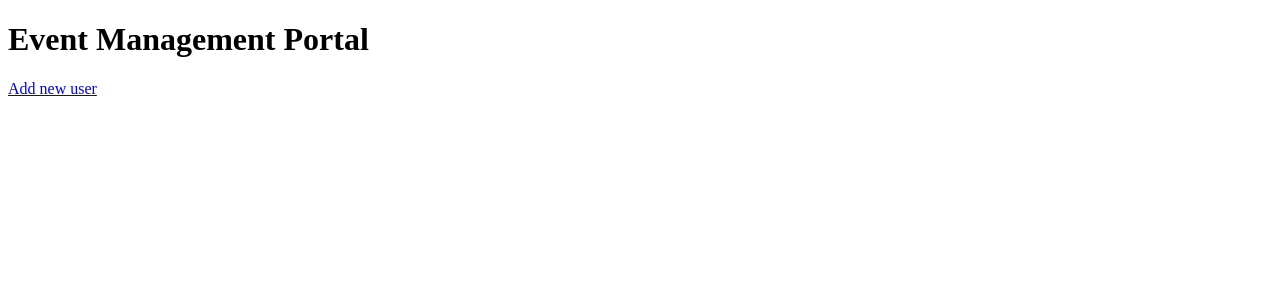
Repository: aradhyakasat/training_projects
Page: http://localhost/event_management/
These files come from the project's save history. The page is drawn as it stood at one moment and after the next save; the edit follows.
The browser window is 1280 px wide. The pictures show the whole page.
The page is served by Tomcat 9. Nobody is signed in. The application's start-up code is not run.

Above is the page before, as saved 2018-08-01 04:09:39.

After the next save:
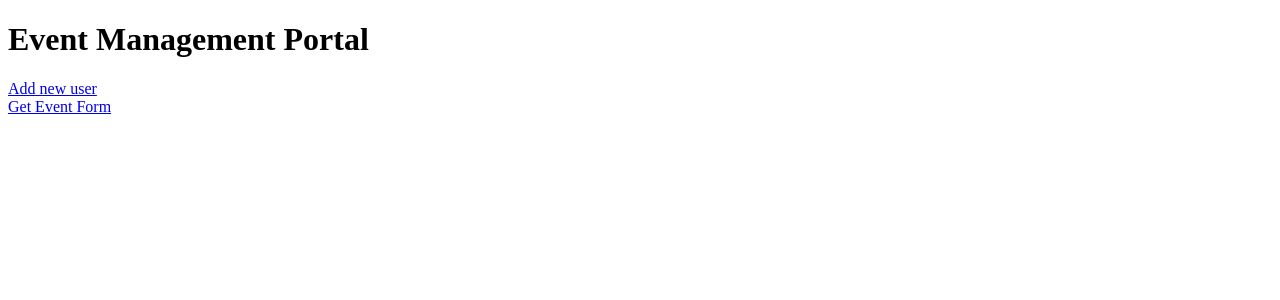
Saved 43 s later.
--- a/spring-eclipse-workspace/event_management/src/main/webapp/index.jsp
+++ b/spring-eclipse-workspace/event_management/src/main/webapp/index.jsp
@@ -9,5 +9,6 @@
 <body>
 	<h1>Event Management Portal</h1>
 	<a href="addUserForm.do">Add new user</a> <br/>
+	<a href="eventForm.do">Get Event Form</a> <br/>
 </body>
 </html>
